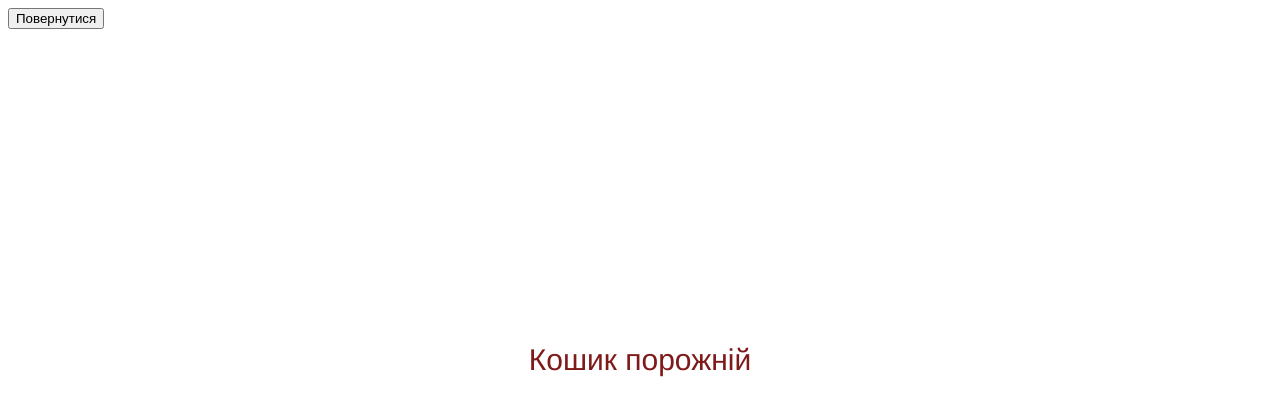
Repository: kristinap8/pharmacy
Page: /cart
The author's editor kept a copy of each file at every save. The page is drawn from the files as they stood at one save, then again after the next save.
The browser window is 1280 px wide. The pictures show the whole page.
The project was rebuilt for these pictures with package versions that can differ from the ones it lists, and the page was loaded fresh each time. Also part of the build but not shown: src/components/AddMedicineForm/index.vue, src/pages/AddMedicine/index.vue, src/components/EditMedicineForm/index.vue, src/pages/EditMedicine/index.vue, src/components/MedicinesList/MedicineCard/index.vue, src/components/MedicinesList/index.vue, src/pages/AllMedicines/index.vue.

Above is the page before, as saved 2020-12-10 00:50:14.

### src/main.js
import Vue from 'vue'
import App from './App.vue'
import router from "./router"
import store from "./store"

Vue.config.productionTip = false

new Vue({
  store,
  router,
  render: h => h(App),
}).$mount('#app')

### src/App.vue
<template>
  <div id="app">
    <router-view/>
  </div>
</template>

<script>
export default {
  name: "App",
  components: {},
};
</script>

<style>
#app {
  font-family: Avenir, Helvetica, Arial, sans-serif;
  -webkit-font-smoothing: antialiased;
  -moz-osx-font-smoothing: grayscale;
  color: #2c3e50;
}
</style>

### src/router.js
import Vue from "vue";
import VueRouter from "vue-router";
import AddMedicine from "@/pages/AddMedicine";
import EditMedicine from "@/pages/EditMedicine";
import AllMedicines from "@/pages/AllMedicines";
import Cart from "@/pages/Cart";

Vue.use(VueRouter);

const routes=[
    {
        path:'/',
        name:'all-medicines',
        component:AllMedicines
    },
    {
        path:'/edit_medicine/:medicine_id',
        name:'edit-medicine',
        component:EditMedicine
    },
    {
        path:'/add_medicine',
        name:'add-medicine',
        component:AddMedicine
    },
    {
        path:'/cart',
        name:'cart',
        component:Cart
    },

]

const router=new VueRouter({
    mode:"history",
    routes
});

export default router;

### src/store/index.js
import Vue from "vue";
import Vuex from "vuex";
import { v4 as uuid_v4 } from 'uuid'

Vue.use(Vuex)
const store=new Vuex.Store({
    state:{
      medicinesList:[
          {
              id:1,
              name:'Но-шпа',
              price:60.48,
              requirements:"Спазми гладкої мускулатури, пов'язані з захворюваннями біліарного тракту: холецистолітіаз, холангіолітіаз, холецистит, перихолецистит, холангіт, папіліт. Спазми гладкої мускулатури при захворюваннях сечового тракту: нефролітіаз, уретролітіаз, пієліт, цистит, тенезми сечового міхура.",
              maker:"Chinoin (Угорщина)"

          },
          {
            id:2,
            name:"Діазолін",
            price:19.19,
            requirements:"Профілактика і лікування сезонного та алергічного риніту, полінозу, кропив'янки, харчової та медикаментозної алергії, дерматозів, що супроводжуються свербежем шкіри (екзема, нейродерміт).",
            maker:"Фармак ОАО (Україна, Київ)"

        },
        {
            id:3,
            name:"Амоксил",
            price:81.77,
            requirements:"Інфекції органів дихання, сечостатевої системи, травного тракту (у тому числі у комбінації з метронідазолом або кларитроміцином застосовують для лікування захворювань, асоційованих із Helicobacter pylori), шкіри та м’яких тканин, спричинені чутливими до лікарського засобу мікроорганізмами.",
            maker:"Киевмедпрепарат ОАО (Україна, Київ)"

        }
      ],
      cart:[],
      cartItemsCount:0
    },
    mutations:{
        addMedicine(state, data) {
            state.medicinesList.push({
             id: uuid_v4(),
             ...data,
           })
         },
         deleteMedicine(state,id){
             let medicines=state.medicinesList.filter(medicine=>medicine.id!=id)
             state.medicinesList=medicines;
         },
         editMedicine(state,medicine){
             state.medicinesList.forEach(m=>{
                 if(m.id==medicine.id){
                     m=medicine;
                 }
             } )
         },
         addToCart(state,medicine){
            let isMedicineExists=state.cart.find(m => m.id == medicine.id);

            if (isMedicineExists) {
                isMedicineExists.quantity ++;
                isMedicineExists.totalPrice = (isMedicineExists.quantity * isMedicineExists.price).toFixed(2);
            } else {
                state.cart.push(medicine);

                Vue.set(medicine, 'quantity', 1);
                Vue.set(medicine, 'totalPrice', medicine.price);
            }
             state.cartItemsCount++
         },
         deleteItemFromCart(state,medicine){
            let index = state.cart.indexOf(medicine);
            if (index > -1) {
                let item= state.cart[index];
                state.cartItemsCount -= item.quantity;
                state.cart.splice(index, 1);
            }
         }
    },
    actions:{
        addMedicine({ commit }, medicine) {
            commit('addMedicine', medicine)
         },
          deleteMedicine({commit},id){
              commit('deleteMedicine',id)
          },
          editMedicine({commit},medicine){
              commit('editMedicine',medicine)
          },
          addToCart({commit},medicine){
              commit('addToCart',medicine)
          },
          deleteItemFromCart({commit},medicine){
              commit("deleteItemFromCart",medicine)
          }

    },
    getters:{
        getMedicines:(state)=> state.medicinesList,
        getMedicineById:(state)=>(id)=>{return state.medicinesList.find(m=>m.id===id)},
        getMedicinesInCart:(state)=>state.cart,
     },
    modules:{

    }
})

export default store

### src/pages/Cart/index.vue
<template>
    <div>
      <cart-form/>
    </div>
</template>

<script>
import CartForm from "../../components/CartForm"
    export default {
        name:"Cart",
        components: {
            CartForm,
        },
    }
</script>

<style lang="scss" scoped>

</style>

### src/components/CartForm/index.vue
<template>
    <div>
        <div v-if="getMedicinesInCart.length>0">
            <div class="item-container" v-for="item in getMedicinesInCart"
            :key="item.id"
            >
            <b> Назва медичного препарату:</b>
            {{ item.name }} <br/>
           <b> Ціна за одиницю:</b>
            {{item.price}} грн.<br/>
            <b>Кількість:</b>
            {{ item.quantity }} шт.<br/>
            <b>Ціна:</b>
            {{ item.totalPrice }} грн.<br/>
           <button class='delete-btn' @click="onDeleteItemFromCart(item)">Видалити</button>
            </div>
            <div class="total">
           <b> Всього:{{total}} грн.</b>
           </div>
        </div>
        <div v-else class="empty-cart">
         Кошик порожній
        </div>
        <router-link to="/" tag="button">Повернутися</router-link>
    </div>
</template>

<script>
import {mapGetters} from "vuex"
 export default {
        name:"CartForm",
        computed: {
            ...mapGetters(['getMedicinesInCart']),
            total(){
                let sum=0
                for(let medicine of this.getMedicinesInCart){
                    sum+=Number(medicine.totalPrice)
                }
                return sum.toFixed(2)
            }
         },
         methods: {
             onDeleteItemFromCart(medicine) {
                 this.$store.dispatch('deleteItemFromCart',medicine)
             }
         },


    }
</script>

<style lang="scss" scoped>
.item-container {
  width: 400px;
  height: 100px;
  border: 2px solid rgb(89, 97, 89);
  border-radius: 5px;
  background: #ccc;
  padding: 5px;
  margin:10px;
  text-align: left;
}
.delete-btn{
    background: rgb(119, 80, 80);
}
.total{
    text-align: center;
    font-size: 30px;
    text-decoration: underline;
}
.empty-cart{
    color:rgb(126, 26, 26);
    font-size: 30px;
    position: absolute;
    top: 50%;
    left: 50%;
    margin-right: -50%;
    transform: translate(-50%, -50%)
}
</style>

Loaded but not shown: public/index.html (common file)

After the next save:
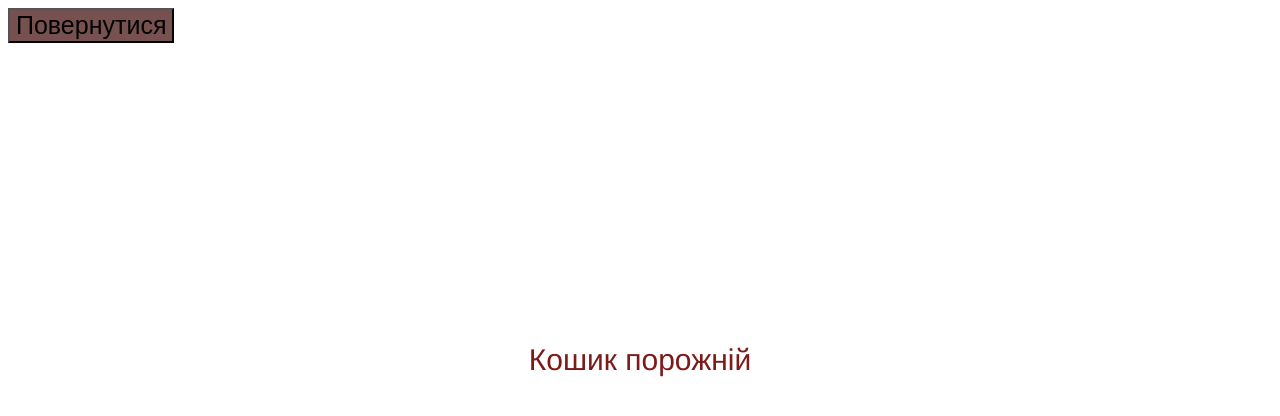
Saved 55 s later.
--- a/src/components/CartForm/index.vue
+++ b/src/components/CartForm/index.vue
@@ -21,7 +21,7 @@
         <div v-else class="empty-cart">
          Кошик порожній
         </div>
-        <router-link to="/" tag="button">Повернутися</router-link>
+        <router-link to="/" tag="button" class="return-btn">Повернутися</router-link>
     </div>
 </template>
 
@@ -77,4 +77,8 @@ import {mapGetters} from "vuex"
     margin-right: -50%;
     transform: translate(-50%, -50%)
 }
+.return-btn{
+    background: rgb(119, 80, 80);
+    font-size:25px;
+}
 </style>
